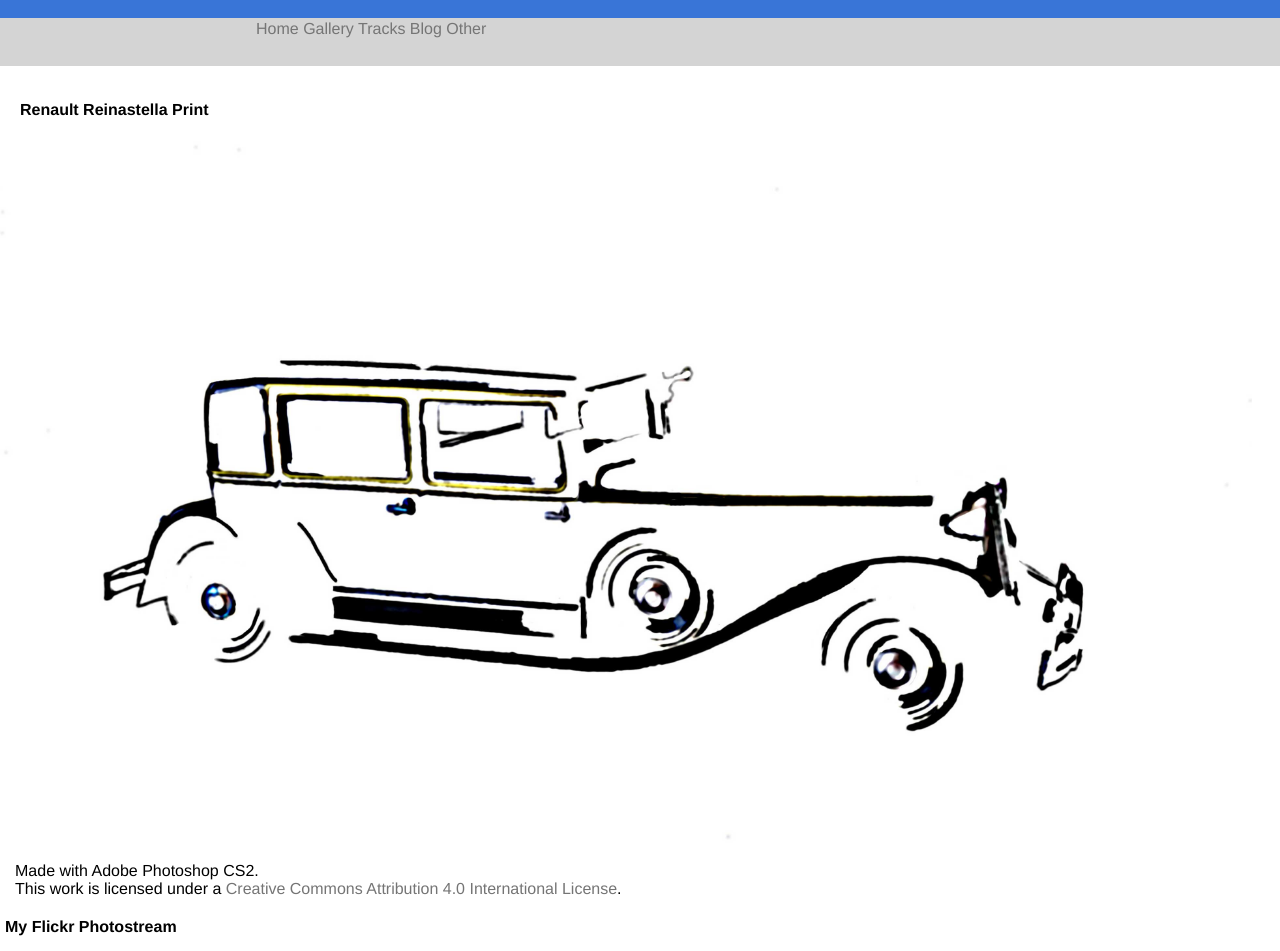
Repository: willzhang05/willzhang05.github.io-old
Page: gallery.html
The author's editor kept a record of every edit. The page is drawn from the files as they stood at one moment, then again after the next edit.
The browser window is 1280 px wide. The pictures show the part of the page from y = 200 to 1151 px (the page is 2283 px tall before and 2313 px after).
Pictures or frames that could not be fetched are drawn as grey boxes.

Above is the page before.

After the next edit:
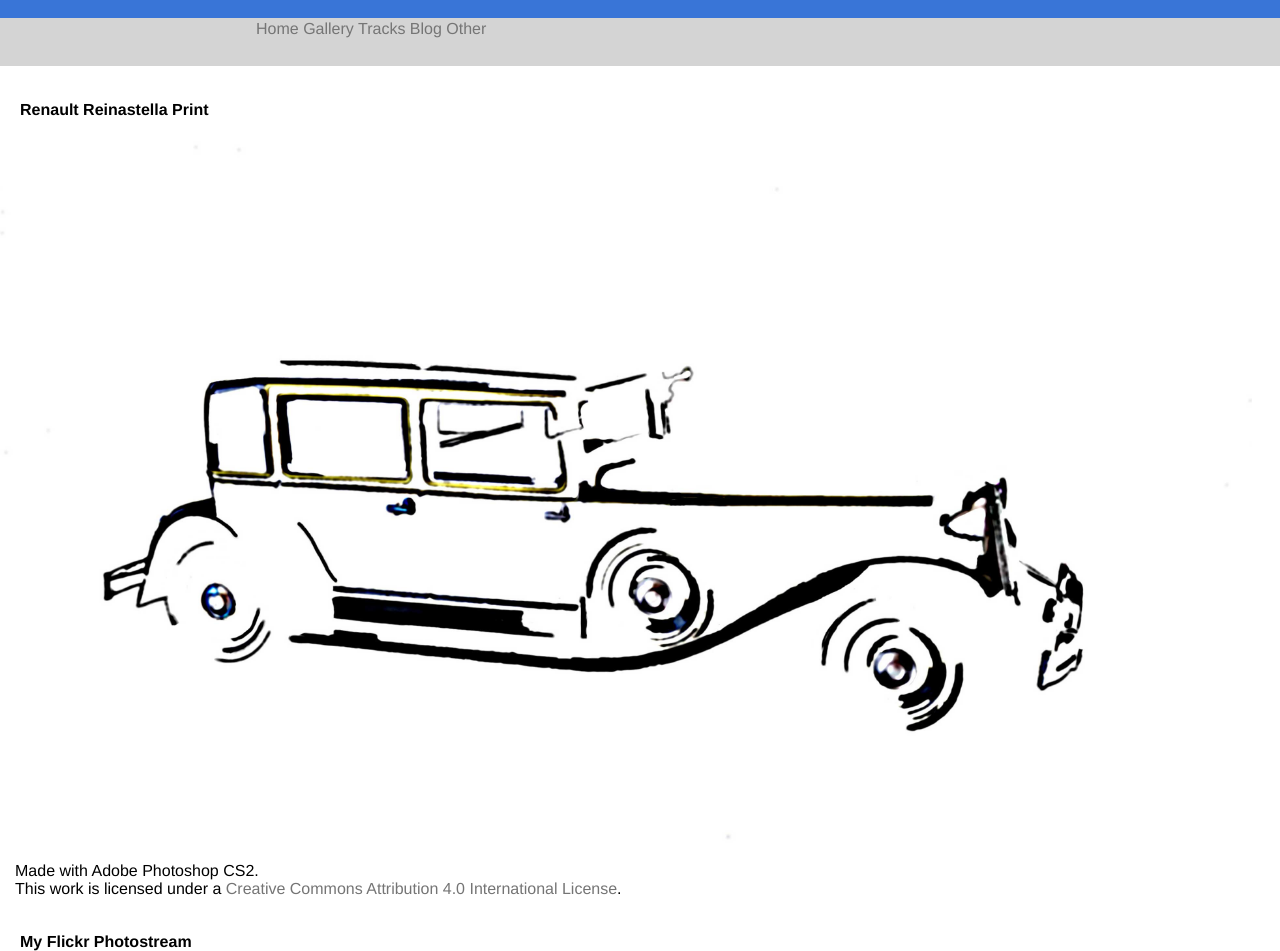
The edit:
--- a/gallery.html
+++ b/gallery.html
@@ -80,7 +80,7 @@
 		</paper-shadow>
 		<paper-shadow z="1">
 		<div class="content">
-	        <h1 style=""padding:10px;>My Flickr Photostream</h1>
+	        <h1 style="padding:15px;">My Flickr Photostream</h1>
 	        <div style="text-align:center; padding:10px;">
 	        	<iframe src="https://www.flickr.com/photos/126785613@N04/15964545350/player/" width="64%" height="360px" frameborder="0" allowfullscreen webkitallowfullscreen mozallowfullscreen oallowfullscreen msallowfullscreen>
 	        	</iframe>
